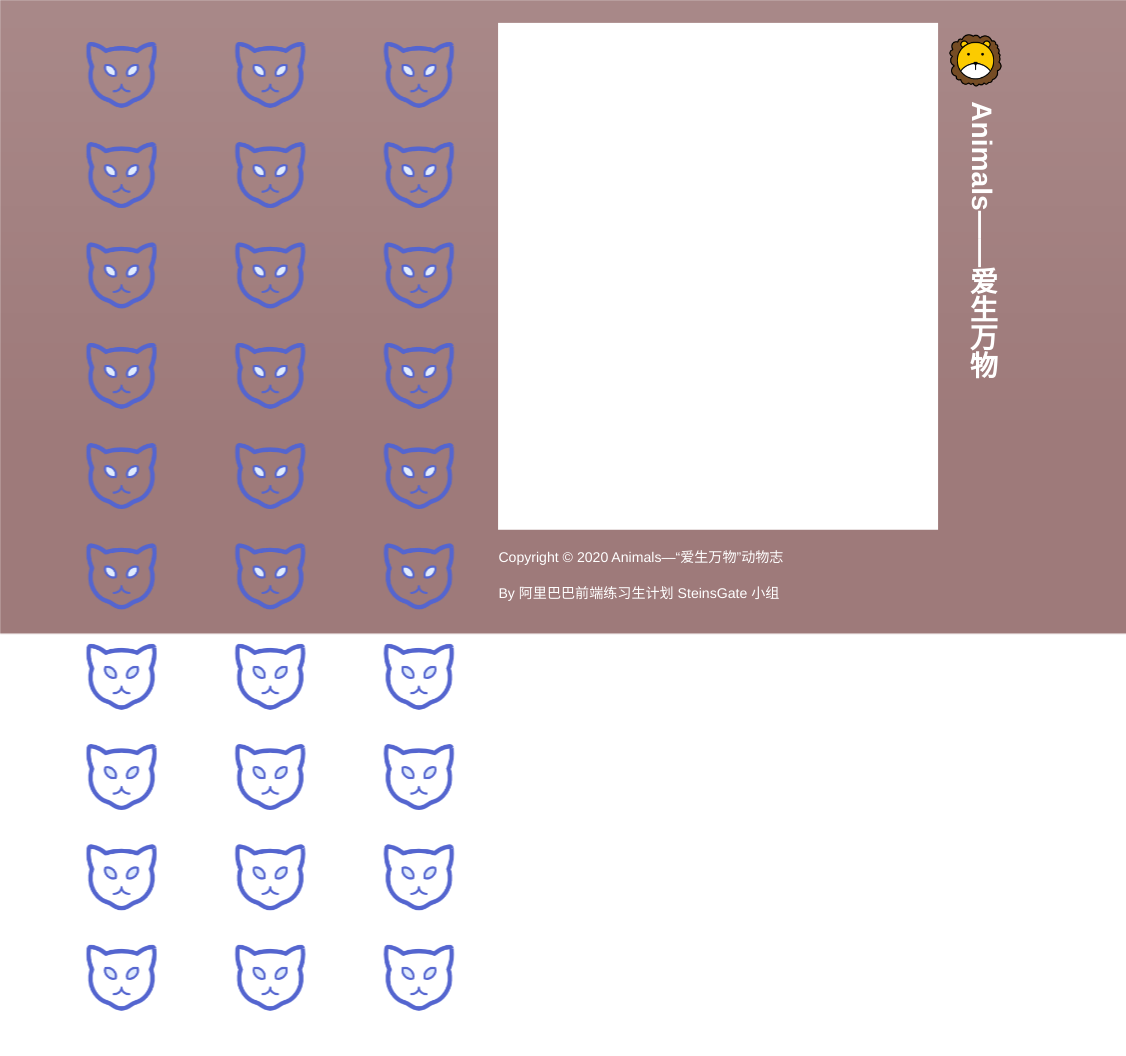
Repository: Whiskeyi/Animals
Page: /
The author's editor kept a copy of each file at every save. The page is drawn from the files as they stood at one save, then again after the next save.
The browser window is 1280 px wide. The pictures show the whole page, at 88% of full size.
The project was rebuilt for these pictures with package versions that can differ from the ones it lists, and the page was loaded fresh each time.

Above is the page before, as saved 2021-11-15 23:24:48.

### public/index.html
<!DOCTYPE html>
<html lang="en">
  <head>
    <meta charset="utf-8">
    <meta http-equiv="X-UA-Compatible" content="IE=edge">
    <meta name="viewport" content="width=device-width,initial-scale=1.0">
    <link rel="icon" href="<%= BASE_URL %>favicon.ico">
    <title>Animals</title>
  </head>
  <body>
    <noscript>
      <strong>We're sorry but animals doesn't work properly without JavaScript enabled. Please enable it to continue.</strong>
    </noscript>
    <div id="app"></div>
    <!-- built files will be auto injected -->
  </body>
</html>

### src/main.js
import Vue from 'vue'
import App from './App.vue'
import router from './router'
import store from './store'
import './plugins/element.js' // 引入element-ui

Vue.config.productionTip = false

new Vue({
  router,
  store,
  render: h => h(App)
}).$mount('#app')

### src/App.vue
<template>
  <div id="app">
    <!-- 入口 -->
    <router-view/>
  </div>
</template>

<style lang="scss">
#app {
  font-family: 'Avenir', Helvetica, Arial, sans-serif;
  -webkit-font-smoothing: antialiased;
  -moz-osx-font-smoothing: grayscale;
}

html, body {  // 去除白边
    width: 100%;
    height: 100%;
    margin: 0;
    padding: 0;
    position: relative;
}

</style>

### src/router.js
// 路由
import Vue from 'vue'
import Router from 'vue-router'
import Home from './views/Home.vue'

Vue.use(Router)

export default new Router({
  mode: 'history',
  base: process.env.BASE_URL,
  routes: [
    {
      path: '/',
      name: 'home',
      component: Home
    }
  ]
})

### src/plugins/element.js
// 引入element-ui
import Vue from 'vue'

import ElementUI from 'element-ui';
import 'element-ui/lib/theme-chalk/index.css';

Vue.use(ElementUI);

### src/views/Home.vue
<template>
  <div class="home">
    <!-- 背景+光泽效果 -->
    <div class="bg">
      <Gloss></Gloss>
    </div>
    <!-- 页面容器 -->
    <div class="container">
      <!-- 左侧展示模块 -->
      <div id="leftContainer">
        <LeftMain></LeftMain>
      </div>
      <!-- 右侧展示模块 -->
      <div id="rightContainer">
        <!-- 输出信息 -->
          <Info></Info>
          <!-- 右侧标题 -->
          <RightHead></RightHead>
          <!-- 尾部 -->
          <Footer></Footer>
      </div>
    </div>
  </div>
</template>

<script>
// @ is an alias to /src
// 组件引入
import Gloss from '@/components/Gloss'
import Footer from '@/components/Footer'
import Info from '@/components/Info'
import RightHead from '@/components/right-head'
import LeftMain from '@/components/left-main'

export default {
  name: 'home',
  components: {
    Gloss,Footer,Info,RightHead,LeftMain
  }
}
</script>

<style lang="scss" scoped>
.home {
  // 滚动条样式修改（待定）
}
.bg {
  height: 100%;
  width: 100%;
  background-color:rgb(158, 122, 122);
  position: fixed;
  transition: background-color 2s ease-in; // 背景颜色2S过渡
  filter: blur(0.5px); // 背景高斯模糊
  // z-index: -9; //暂时注释,影响调试
}
#leftContainer {
  position: absolute;
  left: 10%;
  width: 35%;
  height: 100%;
  margin: 0 auto;
}
#rightContainer {
  position: fixed;
  right: 10%;
  width: 45%;
  height: 100%;
  margin: 0 auto;
}
@media screen and (max-width: 1440px) { // 屏幕小于1440px样式
  #leftContainer {
  position: absolute;
  left: 5%;
  width: 38%;
  height: 100%;
  margin: 0 auto;
}
#rightContainer {
  position: fixed;
  right: 5%;
  width: 52%;
  height: 100%;
  margin: 0 auto;
}
}
</style>

### src/components/Gloss/index.vue
<template>
<!-- 实现光泽效果,丰富背景颜色 -->
<div id="gloss"></div>
</template>

<script>
export default {

}
</script>

<style lang="scss" scoped>
#gloss {
    position: fixed;
    width: 100%;
    height: 478px;
    background: url('../../assets/gloss.png') repeat-x;
    // z-index: -8;  //暂时注释,影响调试
}
</style>

### src/components/Footer/index.vue
<template>
  <div class="footerContainer">
      <p>Copyright © 2020 Animals—“爱生万物”动物志</p>
      <p>By 阿里巴巴前端练习生计划 SteinsGate 小组</p>
  </div>
</template>

<script>
export default {

}
</script>

<style lang="scss" scoped>
.footerContainer {
    position: fixed;
    bottom: 0;
    font-size: 1rem;
    color:#fff;
    margin:0 0 20px 16px;
}
</style>

### src/components/Info/index.vue
<template>
  <div class="infoContainer">

  </div>
</template>

<script>
export default {

}
</script>

<style lang="scss" scoped>
.infoContainer {
    float: left;
    z-index: 10000;
    width: 80%;
    height: 80%;
    margin: 26px 0 0 16px;
    background-color: #fff;
}
.infoContainer logo {
    position: absolute;
}
@media screen and (max-width: 1440px) { // 屏幕小于1440px样式
  .infoContainer {
    float: left;
    z-index: 10000;
    width: 75%;
    height: 80%;
    margin: 26px 0 0 16px;
    background-color: #fff;
}
}
</style>

### src/components/right-head/index.vue
<template>
  <div class="rightHeadContainer">
      <el-image class="logo" alt="logo" :src="require('@/icons/index.png')"></el-image>
      <h1 class="vertical">Animals——爱生万物</h1>
  </div>
</template>

<script>
export default {

}
</script>

<style lang="scss" scoped>
.rightHeadContainer {
    float: left;
    height: 400px;
    width: 100px;
    margin: 26px 0 0 16px;
}
.vertical {
    writing-mode: vertical-lr;
    padding-left: 5px;
    color: #fff;
}
@media screen and (max-width: 1440px) { // 屏幕小于1440px样式
    .rightHeadContainer {
        float: left;
        height: 400px;
        width:85px;
        margin: 26px 0 0 0;
    }
    .vertical {
        writing-mode: vertical-lr;
        padding-right: 0;
        color: #fff;
    }
}
</style>

### src/components/left-main/index.vue
<template>
  <div class="leftContainer">
    <el-row :gutter="20" type="flex" justify="center">
      <el-col :span="8">
        <el-image class="logo" alt="logo" :src="require('@/icons//animals/cat.png')"></el-image>
      </el-col>
      <el-col :span="8">
        <el-image class="logo" alt="logo" :src="require('@/icons//animals/cat.png')"></el-image>
      </el-col>
      <el-col :span="8">
        <el-image class="logo" alt="logo" :src="require('@/icons//animals/cat.png')"></el-image>
      </el-col>
    </el-row>
    <el-row :gutter="20" type="flex" justify="center">
      <el-col :span="8">
        <el-image class="logo" alt="logo" :src="require('@/icons//animals/cat.png')"></el-image>
      </el-col>
      <el-col :span="8">
        <el-image class="logo" alt="logo" :src="require('@/icons//animals/cat.png')"></el-image>
      </el-col>
      <el-col :span="8">
        <el-image class="logo" alt="logo" :src="require('@/icons//animals/cat.png')"></el-image>
      </el-col>
    </el-row>
    <el-row :gutter="20" type="flex" justify="center">
      <el-col :span="8">
        <el-image class="logo" alt="logo" :src="require('@/icons//animals/cat.png')"></el-image>
      </el-col>
      <el-col :span="8">
        <el-image class="logo" alt="logo" :src="require('@/icons//animals/cat.png')"></el-image>
      </el-col>
      <el-col :span="8">
        <el-image class="logo" alt="logo" :src="require('@/icons//animals/cat.png')"></el-image>
      </el-col>
    </el-row>
    <el-row :gutter="20" type="flex" justify="center">
      <el-col :span="8">
        <el-image class="logo" alt="logo" :src="require('@/icons//animals/cat.png')"></el-image>
      </el-col>
      <el-col :span="8">
        <el-image class="logo" alt="logo" :src="require('@/icons//animals/cat.png')"></el-image>
      </el-col>
      <el-col :span="8">
        <el-image class="logo" alt="logo" :src="require('@/icons//animals/cat.png')"></el-image>
      </el-col>
    </el-row>
    <el-row :gutter="20" type="flex" justify="center">
      <el-col :span="8">
        <el-image class="logo" alt="logo" :src="require('@/icons//animals/cat.png')"></el-image>
      </el-col>
      <el-col :span="8">
        <el-image class="logo" alt="logo" :src="require('@/icons//animals/cat.png')"></el-image>
      </el-col>
      <el-col :span="8">
        <el-image class="logo" alt="logo" :src="require('@/icons//animals/cat.png')"></el-image>
      </el-col>
    </el-row>
    <el-row :gutter="20" type="flex" justify="center">
      <el-col :span="8">
        <el-image class="logo" alt="logo" :src="require('@/icons//animals/cat.png')"></el-image>
      </el-col>
      <el-col :span="8">
        <el-image class="logo" alt="logo" :src="require('@/icons//animals/cat.png')"></el-image>
      </el-col>
      <el-col :span="8">
        <el-image class="logo" alt="logo" :src="require('@/icons//animals/cat.png')"></el-image>
      </el-col>
    </el-row>
    <el-row :gutter="20" type="flex" justify="center">
      <el-col :span="8">
        <el-image class="logo" alt="logo" :src="require('@/icons//animals/cat.png')"></el-image>
      </el-col>
      <el-col :span="8">
        <el-image class="logo" alt="logo" :src="require('@/icons//animals/cat.png')"></el-image>
      </el-col>
      <el-col :span="8">
        <el-image class="logo" alt="logo" :src="require('@/icons//animals/cat.png')"></el-image>
      </el-col>
    </el-row>
    <el-row :gutter="20" type="flex" justify="center">
      <el-col :span="8">
        <el-image class="logo" alt="logo" :src="require('@/icons//animals/cat.png')"></el-image>
      </el-col>
      <el-col :span="8">
        <el-image class="logo" alt="logo" :src="require('@/icons//animals/cat.png')"></el-image>
      </el-col>
      <el-col :span="8">
        <el-image class="logo" alt="logo" :src="require('@/icons//animals/cat.png')"></el-image>
      </el-col>
    </el-row>
    <el-row :gutter="20" type="flex" justify="center">
      <el-col :span="8">
        <el-image class="logo" alt="logo" :src="require('@/icons//animals/cat.png')"></el-image>
      </el-col>
      <el-col :span="8">
        <el-image class="logo" alt="logo" :src="require('@/icons//animals/cat.png')"></el-image>
      </el-col>
      <el-col :span="8">
        <el-image class="logo" alt="logo" :src="require('@/icons//animals/cat.png')"></el-image>
      </el-col>
    </el-row>
    <el-row :gutter="20" type="flex" justify="center">
      <el-col :span="8">
        <el-image class="logo" alt="logo" :src="require('@/icons//animals/cat.png')"></el-image>
      </el-col>
      <el-col :span="8">
        <el-image class="logo" alt="logo" :src="require('@/icons//animals/cat.png')"></el-image>
      </el-col>
      <el-col :span="8">
        <el-image class="logo" alt="logo" :src="require('@/icons//animals/cat.png')"></el-image>
      </el-col>
    </el-row>
  </div>
</template>

<script>
export default {

}
</script>

<style lang="scss" scoped>
.leftContainer {
  padding: 30px 0;
  width: 100%;
  text-align: center;
}
.leftContainer .logo {
  width: 110px;
  height: 110px;
  padding: 20px 0;
}
 @media screen and (max-width: 1440px) { // 屏幕小于1440px样式
  .leftContainer .logo {
    height: 80px;
    width: 80px;
    padding: 15px 0;
  }
 }
</style>

Loaded but not shown: src/store.js (common file)

After the next save:
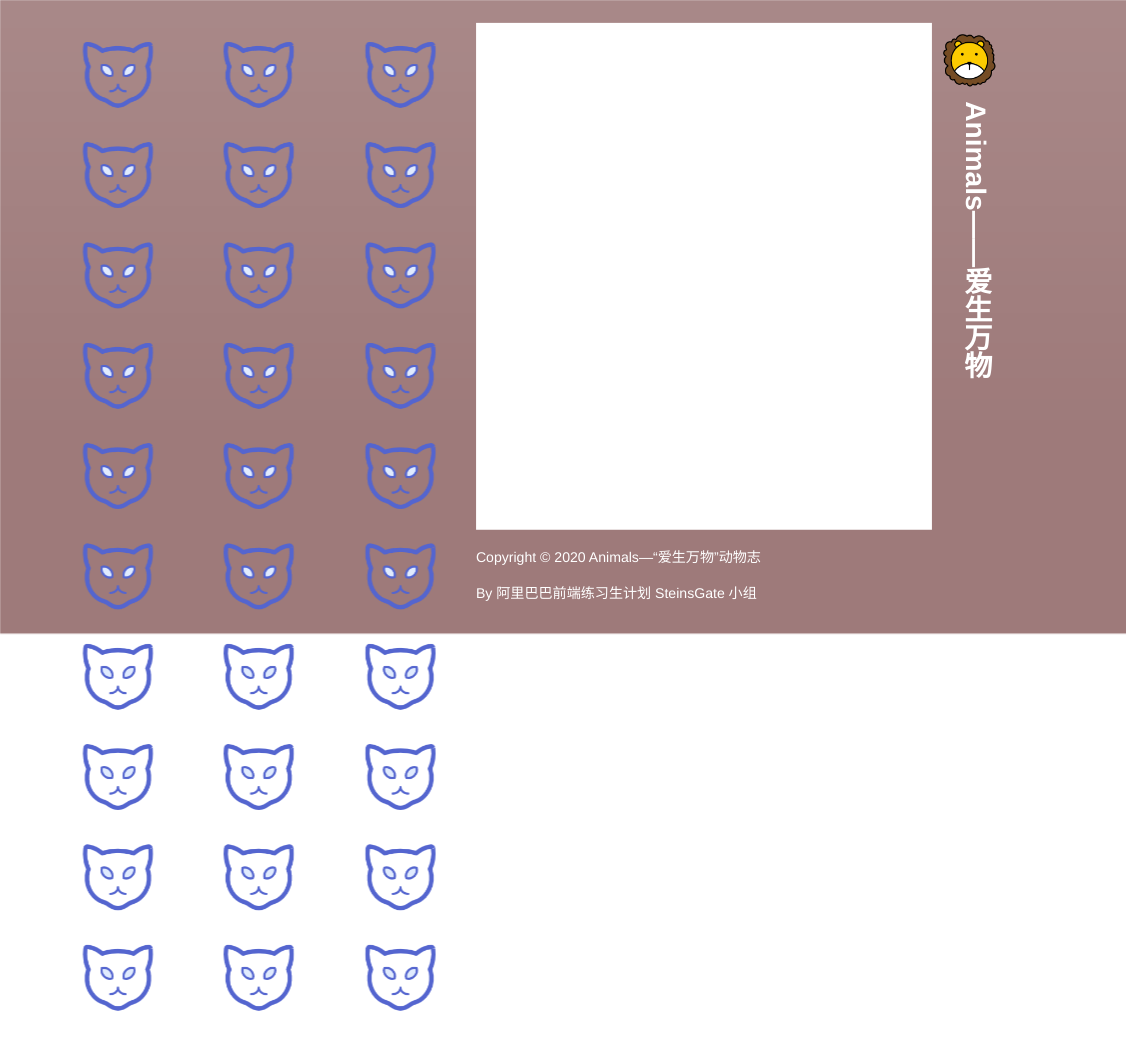
Saved 5 s later.
--- a/src/views/Home.vue
+++ b/src/views/Home.vue
@@ -71,14 +71,14 @@ export default {
   #leftContainer {
   position: absolute;
   left: 5%;
-  width: 38%;
+  width: 36%;
   height: 100%;
   margin: 0 auto;
 }
 #rightContainer {
   position: fixed;
   right: 5%;
-  width: 52%;
+  width: 54%;
   height: 100%;
   margin: 0 auto;
 }
